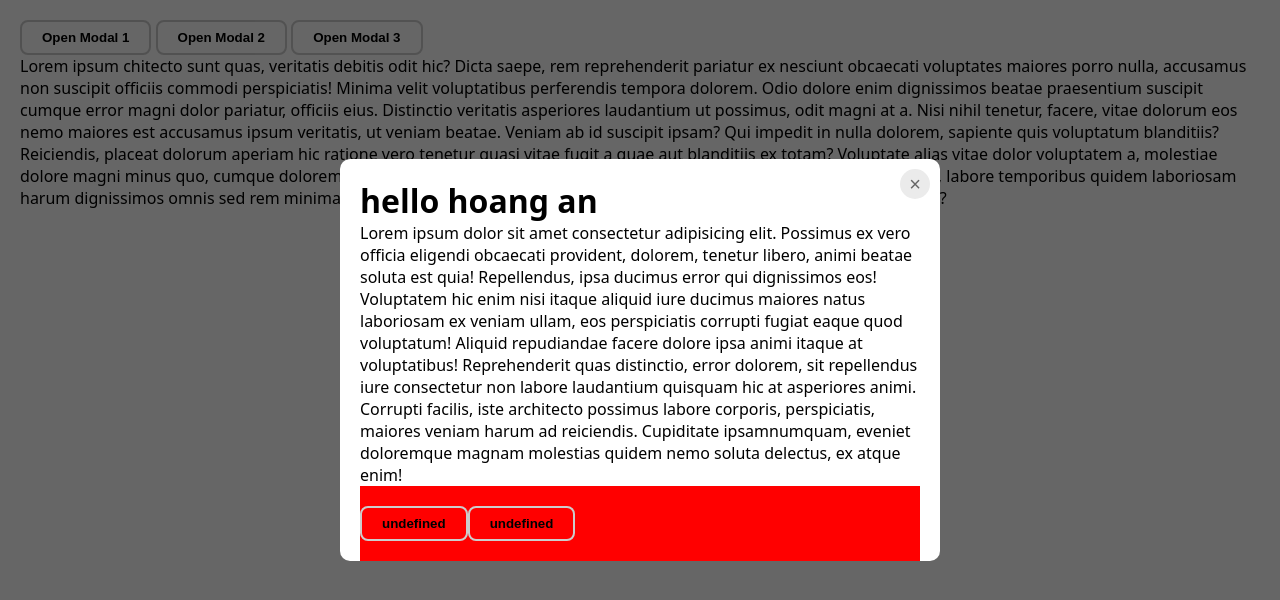
Repository: hoangan3526/Javascript-project
Page: index.html
An editor plug-in stored every save of this project. The page is shown before and after the next save, followed by the edit.
The browser window is 1280 px wide. The pictures show the whole page.

Above is the page before, as saved 2026-05-04 13:09:05.

### index.html
<!DOCTYPE html>
<html lang="en">
    <head>
        <meta charset="UTF-8" />
        <meta name="viewport" content="width=device-width, initial-scale=1.0" />
        <title>Modal</title>
        <link rel="stylesheet" href="style.css" />
    </head>
    <body>
        <main>
            <button id="open-modal-1" class="btn">Open Modal 1</button>
            <button id ="open-modal-2" class="btn">Open Modal 2</button>

            <button id="open-modal-3" class="btn">Open Modal 3</button>

            <p>Lorem ipsum chitecto sunt quas, veritatis debitis odit hic? Dicta saepe, rem reprehenderit pariatur ex nesciunt obcaecati voluptates maiores porro nulla, accusamus non suscipit officiis commodi perspiciatis!
            Minima velit voluptatibus perferendis tempora dolorem. Odio dolore enim dignissimos beatae praesentium suscipit cumque error magni dolor pariatur, officiis eius. Distinctio veritatis asperiores laudantium ut possimus, odit magni at a.
            Nisi nihil tenetur, facere, vitae dolorum eos nemo maiores est accusamus ipsum veritatis, ut veniam beatae. Veniam ab id suscipit ipsam? Qui impedit in nulla dolorem, sapiente quis voluptatum blanditiis?
            Reiciendis, placeat dolorum aperiam hic ratione vero tenetur quasi vitae fugit a quae aut blanditiis ex totam? Voluptate alias vitae dolor voluptatem a, molestiae dolore magni minus quo, cumque dolorem.
            Id unde minus sit laboriosam dolore beatae dolorum. Quo quibusdam adipisci, labore temporibus quidem laboriosam harum dignissimos omnis sed rem minima accusantium, perferendis reiciendis! Officia explicabo amet velit alias quisquam?</p>
        </main>
        <template id ="modal-1">
            <h1>hello hoang an</h1>
            <p>Lorem ipsum dolor sit amet consectetur adipisicing elit. Possimus ex vero officia eligendi obcaecati provident, dolorem, tenetur libero, animi beatae soluta est quia! Repellendus, ipsa ducimus error qui dignissimos eos!
            Voluptatem hic enim nisi itaque aliquid iure ducimus maiores natus laboriosam ex veniam ullam, eos perspiciatis corrupti fugiat eaque quod voluptatum! Aliquid repudiandae facere dolore ipsa animi itaque at voluptatibus!
            Reprehenderit quas distinctio, error dolorem, sit repellendus iure consectetur non labore laudantium quisquam hic at asperiores animi. Corrupti facilis, iste architecto possimus labore corporis, perspiciatis, maiores veniam harum ad reiciendis.
            Cupiditate ipsamnumquam, eveniet doloremque magnam molestias quidem nemo soluta delectus, ex atque enim!</p>
        </template>
        <template id="modal-2">
            <h1>Login</h1>
            <form action="" id="login-form">
                <input
                    type="email"
                    placeholder="Enter your email..."
                    id="email"
                />
                <br />
                <input
                    type="password"
                    placeholder="Enter your password..."
                    id="password"
                />
                <br />
                <button type="submit">Login</button>
            </form>
        </template>
        <template id = "modal-3">
            <h1>hello hoang an</h1>
            <p>Lorem ipsum dolor sit amet consectetur adipisicing elit. Possimus ex vero officia eligendi obcaecati provident, dolorem, tenetur libero, animi beatae soluta est quia! Repellendus, ipsa ducimus error qui dignissimos eos!
            Voluptatem hic enim nisi itaque aliquid iure ducimus maiores natus laboriosam ex veniam ullam, eos perspiciatis corrupti fugiat eaque quod voluptatum! Aliquid repudiandae facere dolore ipsa animi itaque at voluptatibus!
            Reprehenderit quas distinctio, error dolorem, sit repellendus iure consectetur non labore laudantium quisquam hic at asperiores animi. Corrupti facilis, iste architecto possimus labore corporis, perspiciatis, maiores veniam harum ad reiciendis.
            Cupiditate ipsamnumquam, eveniet doloremque magnam molestias quidem nemo soluta delectus, ex atque enim!</p>

        </template>
        <!-- Modal -->

        <script src="main.js"></script>
    </body>
</html>

### style.css
* {
    margin: 0;
    padding: 0;
    box-sizing: border-box;
}

html {
    font-size: 62.5%;
}

body {
    font-size: 1.6rem;
    font-family: system-ui, -apple-system, BlinkMacSystemFont, "Segoe UI",
        Roboto, Oxygen, Ubuntu, Cantarell, "Open Sans", "Helvetica Neue",
        sans-serif;
}
main {
    margin: 20px;
}

.btn {
    border: 2px solid #ccc;
    border-radius: 8px;
    padding: 8px 20px;
    font-weight: 600;
}
button {
    border: none;
    outline: none;
    background: transparent;
    cursor: pointer;
}

.modal-backdrop {
    position: fixed;
    inset: 0;
    display: flex;
    align-items: center;
    justify-content: center;
    background: rgba(0, 0, 0, 0.6);
    opacity: 0;
    visibility: hidden;
    transition: opacity, visibility;
    transition-duration: 0.3s;
}

.modal-backdrop.show {
    opacity: 1;
    visibility: visible;
}

.modal-backdrop.show .modal-container {
    transform: scale(1);
}

.modal-container {
    position: relative;
    width: min(600px, 90%);
    padding: 20px 20px 0;
    border-radius: 10px;
    background: #fff;
    transform: scale(0);
    transition: transform 0.3s;
}

.modal-close {
    position: absolute;
    top: 10px;
    right: 10px;
    width: 30px;
    height: 30px;
    border-radius: 50%;
    color: #666;
    background: #ebebeb;
    font-size: 2rem;
}

.modal-close:hover {
    color: #333;
}

.modal-content {
    max-height: 80vh;
    overflow-y: auto;
}
.modal-footer {
    background-color: red;
    padding: 20px 0;
}
.no-scroll{
    overflow: hidden;
}

### main.js
const $ = document.querySelector.bind(document);
const $$ = document.querySelectorAll.bind(document);

function Modal(options = {}) {
    const { templateId, classCSS= [], destroyOnClose = true, closeMethods =["button" , "overlay", "escape"] , onOpen , onClose  , footer = false} = options;

    this._footerbuttons =[];
        const template = $(`#${templateId}`);

        if (!template) {
            console.error(`#${templateId} does not exist!`);
            return;
        }
        this._allowEscapeClose = closeMethods.includes("escape");
        this._allowBackdropClose = closeMethods.includes("overlay");
        this._allowButtonClose = closeMethods.includes("button");
        this.addfooterButton = (title , cssClasses , callback) =>{

            this._footerbuttons.push({
                title : title,
                cssClasses : cssClasses,
                callback : callback,
            });
        };
    function getScrollbarWidth() {
        if (getScrollbarWidth.value) return getScrollbarWidth.value;

        const div = document.createElement("div");
        Object.assign(div.style, {
            overflow: "scroll",
            position: "absolute",
            top: "-9999px",
        });

        document.body.appendChild(div);
        const scrollbarWidth = div.offsetWidth - div.clientWidth;
        document.body.removeChild(div);

        getScrollbarWidth.value = scrollbarWidth;

        return scrollbarWidth;
    }
    this.build = () => {
        const content = template.content.cloneNode(true);

        // Create modal elements
        this._backdrop = document.createElement("div");
        this._backdrop.className = "modal-backdrop";

        const container = document.createElement("div");
        container.className = "modal-container";
        classCSS.forEach( classItem => {
            if ( typeof classItem === "string"){
                container.classList.add(classItem);
            }
        });
        if(typeof classCSS === 'string'){

        }
        if (this._allowButtonClose){
            const closeBtn = document.createElement("button");
            closeBtn.className = "modal-close";
            closeBtn.innerHTML = "&times;";
            container.appendChild(closeBtn);
            closeBtn.onclick = () => this.close();
        }

        const modalContent = document.createElement("div");
        modalContent.className = "modal-content";

        // Append content and elements
        modalContent.append(content);
        container.append(modalContent);
        if ( footer){
           this._modalfooter = document.createElement("div");
            this._modalfooter.className = "modal-footer";
            if(this._footerContent){
                this._modalfooter.innerHTML = this._footerContent;
            }

            this._footerbuttons.forEach(btnConfig => {
               const btn = document.createElement("button");
               btn.innerHTML = this._footerbuttons.title ;

               // Gán class (Kiểm tra kỹ lỡ người dùng truyền chuỗi rỗng)
                if (btnConfig.cssClasses && btnConfig.cssClasses.trim() !== "") {
                    // Cắt chuỗi "class1 class2" thành mảng và add vào classList
                    const classArray = btnConfig.cssClasses.split(" ");
                    btn.classList.add(...classArray);
                }

                // Gán sự kiện click
                if (typeof btnConfig.callback === "function") {
                    btn.onclick = (e) => {
                        // Gọi callback của người dùng truyền vào
                        btnConfig.callback(e);
                    };
                }

                // Nhét cái nút vừa tạo vào trong thẻ Footer
                this._modalfooter.append(btn);
            });
            container.append(this._modalfooter);
        }
        this._backdrop.append(container);
        document.body.append(this._backdrop);

    }
    this.open= () => {
       if (!this._backdrop){
        this.build();
       }

        setTimeout(() => {
            this._backdrop.classList.add("show");
        }, 0);

        // Disable scrolling
        document.body.classList.add("no-scroll");
        document.body.style.paddingRight = getScrollbarWidth() + "px";

        // Attach event listeners


        if (this._allowBackdropClose) {
            this._backdrop.onclick = (e) => {
                if (e.target === this._backdrop) {
                    this.close();
                }
            };
        }
        if(this._allowEscapeClose){
            document.addEventListener("keydown", (e) => {
                if (e.key === "Escape") {
                    this.close();
                }
            });
        }

            this._onTransitonEnd(() => {

                if ( typeof onOpen === "function") onOpen();
            })


        return this._backdrop;
    };
    this.setFooterContent = html => {
        this._footerContent = html;
        if(this._modalfooter){
            this._footerContent.innerHTML = html;
        }
    }
    this._onTransitonEnd = (callback) => {
        this._backdrop.ontransitionend = (e) => {
            if( e.propertyName !== "transform" ) return ;
        if ( typeof callback === "function") callback();
    }

    this.close = (destroy= destroyOnClose) => {
        this._backdrop.classList.remove("show");


        this._onTransitonEnd ( () => {
                if (this._backdrop && destroy){
                    this._backdrop.remove();
                    this._backdrop = null;
                    this._modalfooter = null;
                }

                // Enable scrolling
                document.body.classList.remove("no-scroll");
                document.body.style.paddingRight = "";

            if (typeof onClose === "function") onClose();
        });


    };
    this.destroy  = () => {
        this.close(true);
    }
}
}

const modal1 = new Modal(
    {
        templateId: "modal-1",

        destroyOnClose : false,
        onOpen : () => {
            console.log("Open Modal");

        },
        onClose :() => {
            console.log("Close Modal");

        }
    }
);

$("#open-modal-1").onclick = () => {
    const modalElement = modal1.open();
};

const modal2 = new Modal({
    templateId : "modal-2",
    classCSS : ["class1","class2"],
})
$("#open-modal-2").onclick = () => {
    const modalElement = modal2.open();
    const form = modalElement.querySelector("#login-form");
    if (form) {
        form.onsubmit = (e) => {
            e.preventDefault();
            const formData = {
                email: $("#email").value.trim(),
                password: $("#password").value.trim(),
            };

            console.log(formData);
        };
    }
}
const modal3 = new Modal({
    templateId: "modal-3",
    footer: true // Nhớ bật cái này lên
});

// Thêm nút Hủy
modal3.addfooterButton('Cancel', 'btn btn-secondary', (e) => {
    console.log("Bạn vừa bấm nút Hủy bỏ!");
    modal3.close(); // Thường nút Cancel sẽ gọi lệnh đóng Modal
});

// Thêm nút Đồng ý
modal3.addfooterButton('Agree', 'btn btn-primary', (e) => {
    console.log("Bạn vừa bấm Đồng Ý!");
    // Có thể thực hiện gửi API, lưu dữ liệu ở đây
});

// Cuối cùng mới mở Modal
modal3.open();

After the next save:
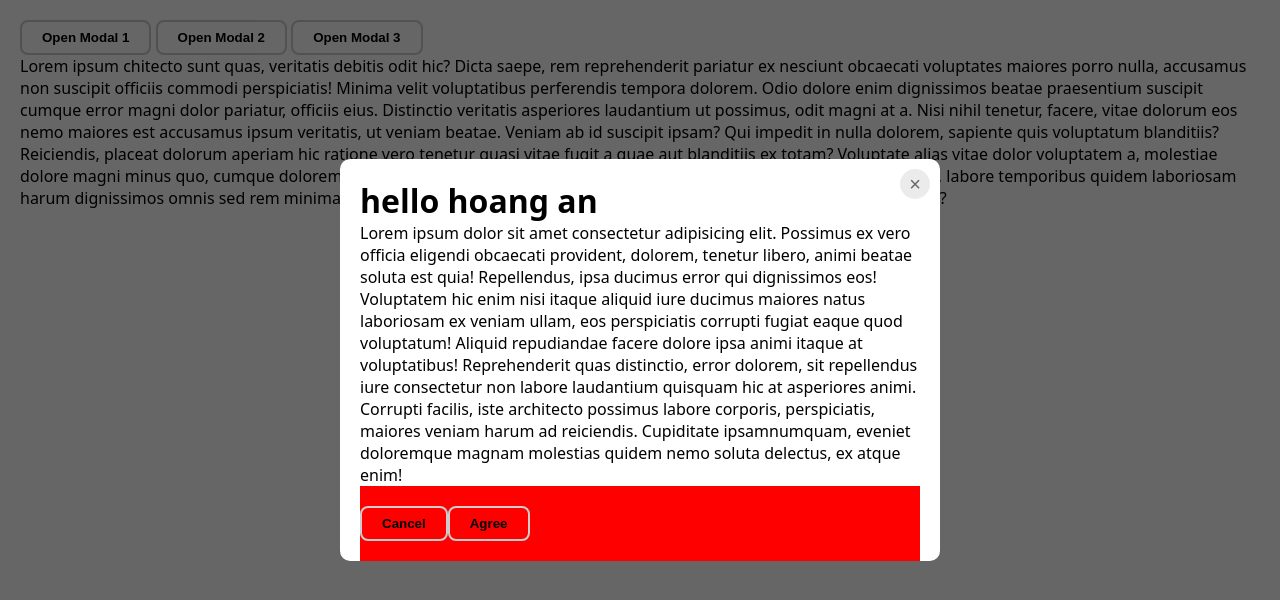
Saved 5 min 6 s later.
--- a/main.js
+++ b/main.js
@@ -17,7 +17,7 @@ function Modal(options = {}) {
         this.addfooterButton = (title , cssClasses , callback) =>{
 
             this._footerbuttons.push({
-                title : title,
+                title : title ,
                 cssClasses : cssClasses,
                 callback : callback,
             });
@@ -80,7 +80,7 @@ function Modal(options = {}) {
 
             this._footerbuttons.forEach(btnConfig => {
                const btn = document.createElement("button");
-               btn.innerHTML = this._footerbuttons.title ;
+               btn.innerHTML = btnConfig.title  ;
 
                // Gán class (Kiểm tra kỹ lỡ người dùng truyền chuỗi rỗng)
                 if (btnConfig.cssClasses && btnConfig.cssClasses.trim() !== "") {
